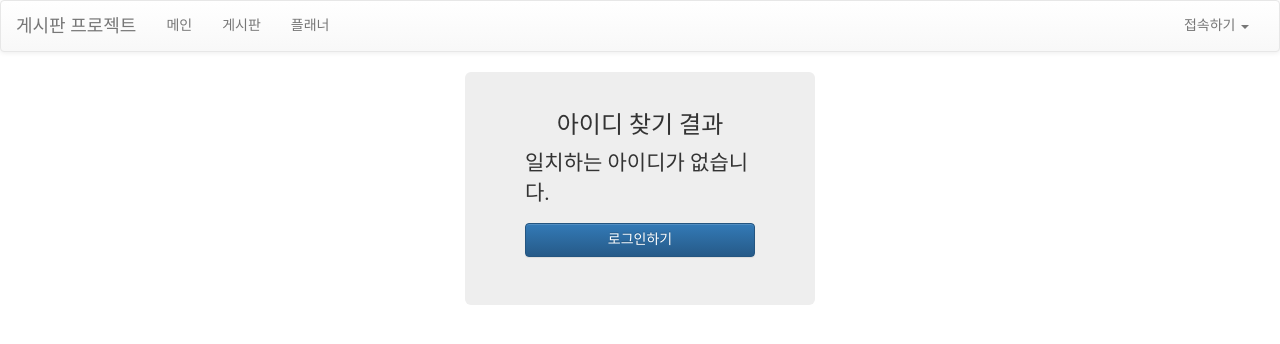
Repository: Seok7975/JSP-Education
Page: http://localhost/ToDoList공유_게시판_ver3/findIdAction.jsp
An editor plug-in stored every save of this project. The page is shown before and after a run of saves, followed by the edit.
The browser window is 1280 px wide. The pictures show the whole page.
Some web fonts or font styles are not loaded; a fallback is used. Some web libraries are served in a nearby version. The page is served by Tomcat 9. Other server files are loaded and not shown. Queries for data that is not in the repository find no rows.

Above is the page before, as saved 2024-06-18 06:51:38.

### List_Projects_ver3/ToDoList공유 게시판_ver3/src/main/webapp/findIdAction.jsp
<%@ page language="java" contentType="text/html; charset=UTF-8"
    pageEncoding="UTF-8"%>
<%@ page import="java.sql.*, user.UserDAO" %>
<!DOCTYPE html>
<html>
<head>
<meta http-equiv="Content-Type" content="text/html; charset=UTF-8">
<meta name="viewport" content="width=device-width, initial-scale=1">
<!-- Latest compiled and minified CSS -->
<link rel="stylesheet" href="https://cdn.jsdelivr.net/npm/bootstrap@3.3.7/dist/css/bootstrap.min.css" integrity="sha384-BVYiiSIFeK1dGmJRAkycuHAHRg32OmUcww7on3RYdg4Va+PmSTsz/K68vbdEjh4u" crossorigin="anonymous">
<!-- Optional theme -->
<link rel="stylesheet" href="https://cdn.jsdelivr.net/npm/bootstrap@3.3.7/dist/css/bootstrap-theme.min.css" integrity="sha384-rHyoN1iRsVXV4nD0JutlnGaslCJuC7uwjduW9SVrLvRYooPp2bWYgmgJQIXwl/Sp" crossorigin="anonymous">
<!-- jQuery (necessary for Bootstrap's JavaScript plugins) -->
<script src="https://code.jquery.com/jquery-3.1.1.min.js"></script>
<!-- Latest compiled and minified JavaScript -->
<script src="https://cdn.jsdelivr.net/npm/bootstrap@3.3.7/dist/js/bootstrap.min.js" integrity="sha384-Tc5IQib027qvyjSMfHjOMaLkfuWVxZxUPnCJA7l2mCWNIpG9mGCD8wGNIcPD7Txa" crossorigin="anonymous"></script>
<link rel="stylesheet" href="css/jumbotronCustom.css">
<title>아이디 찾기 결과</title>
</head>
<body>
	<nav class="navbar navbar-default">
		<div class="container-fluid">
			<div class="navbar-header">
				<a class="navbar-brand" href="main.jsp">게시판 프로젝트</a>
			</div>
			<div class="collapse navbar-collapse" id="bs-example-navbar-collapse-1">
				<ul class="nav navbar-nav">
					<li><a href="main.jsp">메인</a></li>
					<li><a href="bbs.jsp">게시판</a></li>
					<li><a href="planner/planner.jsp">플래너</a></li>
				</ul>
				<ul class="nav navbar-nav navbar-right">
					<li class="dropdown">
						<a href="#" class="dropdown-toggle" data-toggle="dropdown" role="button" aria-haspopup="true" aria-expanded="false">접속하기 <span class="caret"></span></a>
						<ul class="dropdown-menu">
							<li><a href="login.jsp">로그인</a></li>
							<li><a href="join.jsp">회원가입</a></li>
							<li class="active"><a href="findID.jsp">아이디 찾기</a></li>
							<li><a href="findPassword.jsp">비밀번호 찾기</a></li>
						</ul>
					</li>
				</ul>
			</div>
		</div>
	</nav>
	<div class="container">
		<div class="col-lg-4"></div>
		<div class="col-lg-4">
			<div class="jumbotron" style="padding-top: 20px;">
				<h3 style="text-align: center;">아이디 찾기 결과</h3>
				<%
					String userName = request.getParameter("userName");
					String userEmail = request.getParameter("userEmail");
					UserDAO userDAO = new UserDAO();
					String userID = userDAO.findUserId(userName, userEmail);
					if (userID != null) {
				%>
				<p>아이디: <%= userID %></p>
				<%
					} else {
				%>
				<p>일치하는 아이디가 없습니다.</p>
				<%
					}
				%>
				<a href="login.jsp" class="btn btn-primary form-control">로그인하기</a>
			</div>
		</div>
		<div class="col-lg-4"></div>
	</div>
</body>
</html>

### List_Projects_ver3/ToDoList공유 게시판_ver3/src/main/java/user/UserDAO.java
package user;

import java.sql.Connection;
import java.sql.DriverManager;
import java.sql.PreparedStatement;
import java.sql.ResultSet;

public class UserDAO {

	private Connection conn;
	private PreparedStatement pstmt;
	private ResultSet rs;

	public UserDAO() {
		try {
			String dbURL = "jdbc:mysql://localhost:3306/BBS";
			String dbID = "root";
			String dbPassword = "1234";
			Class.forName("com.mysql.cj.jdbc.Driver");
			conn = DriverManager.getConnection(dbURL, dbID, dbPassword);
		} catch (Exception e) {
			e.printStackTrace();
		}
	}

	// 로그인
	public int login(String userID, String userPassword) {
		String SQL = "SELECT userPassword FROM USER WHERE userID = ?";
		try {
			pstmt = conn.prepareStatement(SQL);
			pstmt.setString(1,  userID);
			rs = pstmt.executeQuery();
			if (rs.next()) {
				if(rs.getString(1).equals(userPassword)) {
					return 1; // 비밀번호 일치, 로그인 성공
				}
				else
					return 0; // 비밀번호 불일치
			}
			return -1; // 아이디가 없음
		} catch (Exception e) {
			e.printStackTrace();
		}
		return -2; // 데이터베이스 오류
	}

	// 회원가입
	public int join(User user) {
		String SQL = "INSERT INTO USER VALUES(?, ?, ?, ?, ?)";
		// insert문이 실행될 때는 0이상이 반드시 반환 되기 때문에 -1 반환을 오류 조건으로 만듬
		try {
			pstmt = conn.prepareStatement(SQL);
			pstmt.setString(1, user.getUserID());
			pstmt.setString(2, user.getUserPassword());
			pstmt.setString(3, user.getUserName());
			pstmt.setString(4, user.getUserGender());
			pstmt.setString(5, user.getUserEmail());
			return pstmt.executeUpdate();
		} catch(Exception e) {
			e.printStackTrace();
		}
		return -1; // 데이터베이스 오류
	}

    // 아이디 찾기
    public String findUserId(String userName, String userEmail) {
        String SQL = "SELECT userID FROM USER WHERE userName = ? AND userEmail = ?";
        try {
            pstmt = conn.prepareStatement(SQL);
            pstmt.setString(1, userName);
            pstmt.setString(2, userEmail);
            rs = pstmt.executeQuery();
            if (rs.next()) {
                return rs.getString("userID");
            }
        } catch (Exception e) {
            e.printStackTrace();
        }
        return null; // 일치하는 아이디 없음
    }

    // 비밀번호 찾기
    public String findUserPassword(String userID, String userEmail) {
        String SQL = "SELECT userPassword FROM USER WHERE userID = ? AND userEmail = ?";
        try {
            pstmt = conn.prepareStatement(SQL);
            pstmt.setString(1, userID);
            pstmt.setString(2, userEmail);
            rs = pstmt.executeQuery();
            if (rs.next()) {
                return rs.getString("userPassword");
            }
        } catch (Exception e) {
            e.printStackTrace();
        }
        return null; // 일치하는 비밀번호 없음
    }
}

### List_Projects_ver3/ToDoList공유 게시판_ver3/src/main/webapp/css/jumbotronCustom.css

@import url(http://fonts.googleapis.com/earlyaccess/nanumgothic.css);
@import url(http://fonts.googleapis.com/earlyaccess/hanna.css);
* {
	font-family : 'Nanum Gothic';
}

h1 {
	font-family : 'Hanna';
}

After the next 2 saves:
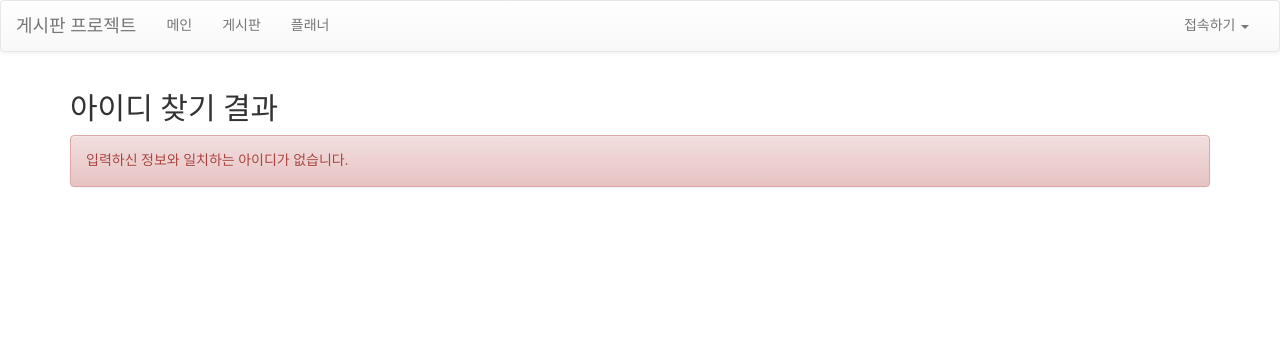
The 2 saves are shown as one change because they came seconds apart.
The last was saved 21 s later.
--- a/List_Projects_ver3/ToDoList공유 게시판_ver3/src/main/webapp/findIdAction.jsp
+++ b/List_Projects_ver3/ToDoList공유 게시판_ver3/src/main/webapp/findIdAction.jsp
@@ -34,9 +34,7 @@
 						<a href="#" class="dropdown-toggle" data-toggle="dropdown" role="button" aria-haspopup="true" aria-expanded="false">접속하기 <span class="caret"></span></a>
 						<ul class="dropdown-menu">
 							<li><a href="login.jsp">로그인</a></li>
-							<li><a href="join.jsp">회원가입</a></li>
-							<li class="active"><a href="findID.jsp">아이디 찾기</a></li>
-							<li><a href="findPassword.jsp">비밀번호 찾기</a></li>
+							<li><a href="register.jsp">회원가입</a></li>
 						</ul>
 					</li>
 				</ul>
@@ -44,29 +42,23 @@
 		</div>
 	</nav>
 	<div class="container">
-		<div class="col-lg-4"></div>
-		<div class="col-lg-4">
-			<div class="jumbotron" style="padding-top: 20px;">
-				<h3 style="text-align: center;">아이디 찾기 결과</h3>
-				<%
-					String userName = request.getParameter("userName");
-					String userEmail = request.getParameter("userEmail");
-					UserDAO userDAO = new UserDAO();
-					String userID = userDAO.findUserId(userName, userEmail);
-					if (userID != null) {
-				%>
-				<p>아이디: <%= userID %></p>
-				<%
-					} else {
-				%>
-				<p>일치하는 아이디가 없습니다.</p>
-				<%
-					}
-				%>
-				<a href="login.jsp" class="btn btn-primary form-control">로그인하기</a>
-			</div>
-		</div>
-		<div class="col-lg-4"></div>
+		<h2>아이디 찾기 결과</h2>
+		<%
+			String userName = request.getParameter("userName");
+			String userEmail = request.getParameter("userEmail");
+			UserDAO userDAO = new UserDAO();
+			String userID = userDAO.findUserId(userName, userEmail);
+
+			if (userID != null) {
+				out.println("<div class='alert alert-success'>");
+				out.println("회원님의 아이디는 <strong>" + userID + "</strong> 입니다.");
+				out.println("</div>");
+			} else {
+				out.println("<div class='alert alert-danger'>");
+				out.println("입력하신 정보와 일치하는 아이디가 없습니다.");
+				out.println("</div>");
+			}
+		%>
 	</div>
 </body>
 </html>
